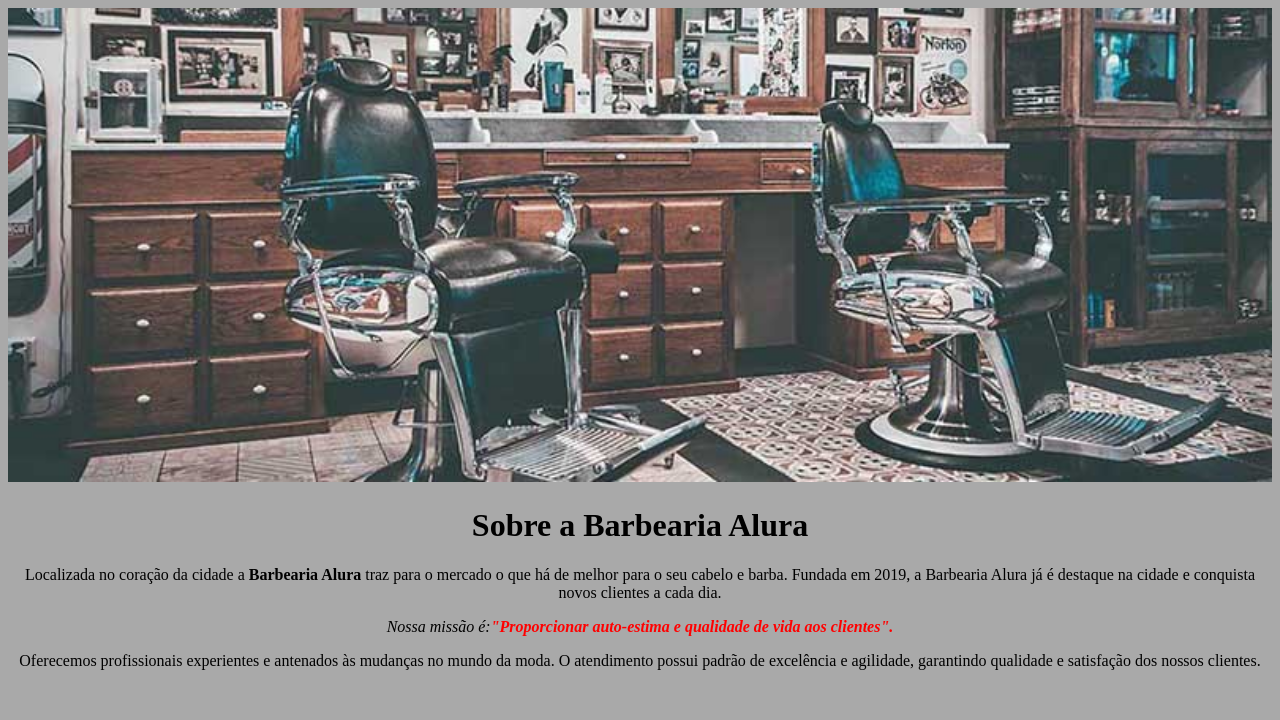
Repository: AnaBerlanda/AulaAlura
Page: index.html
An editor plug-in stored every save of this project. The page is shown before and after the next save, followed by the edit.
The browser window is 1280 px wide. The pictures show the whole page.

Above is the page before, as saved 2022-04-08 10:22:39.

### index.html
<!DOCTYPE html>
<html lang="pt-br">

<head>
    <meta charset="utf-8" />
    <title>Barbearia Alura</title>
    <link type="text/css" rel="stylesheet" href="index.css">
</head>
<body>
    <img id="banner" src="imagem/banner.jpg">
    <h1>Sobre a Barbearia Alura</h1>
    <p>Localizada no coração da cidade a <strong> Barbearia Alura</strong> traz para o mercado o que há de melhor para o seu cabelo e barba.
    Fundada em 2019, a Barbearia Alura já é destaque na cidade e conquista novos clientes a cada dia.</p>
    <p><em>Nossa missão é:<strong>"Proporcionar auto-estima e qualidade de vida aos clientes".</strong></em></p>
    <p>Oferecemos profissionais experientes e antenados às mudanças no mundo da moda.
    O atendimento possui padrão de excelência e agilidade, garantindo qualidade e satisfação dos nossos clientes.</p>
</body>

### index.css
body{
    background-color:darkgray;
}
p{
    text-align: center;
}
em strong{
    color: red;
}
h1{
    text-align: center;
}
#banner{
    width: 100%;
}
.itens{
    font-style: italic;
}

After the next save:
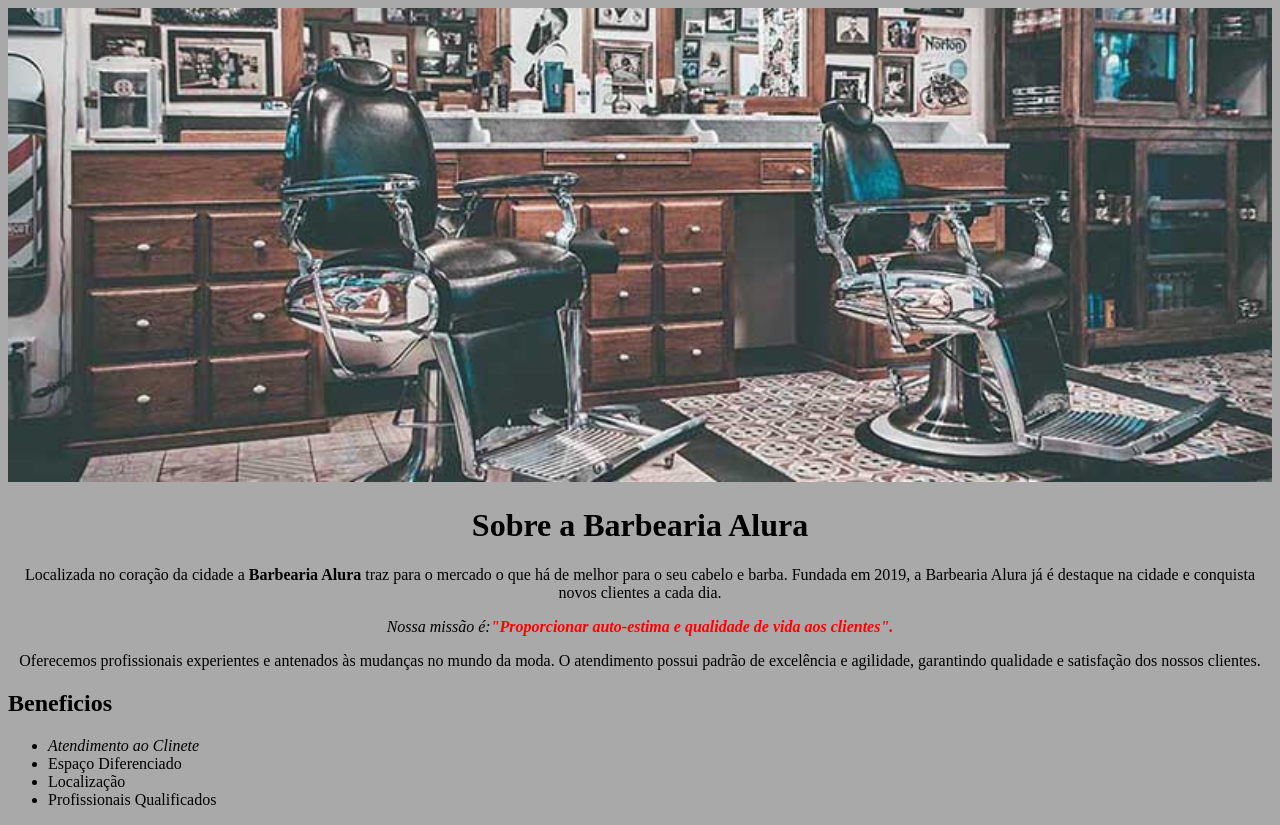
Saved 2 s later.
--- a/index.html
+++ b/index.html
@@ -14,4 +14,25 @@
     <p><em>Nossa missão é:<strong>"Proporcionar auto-estima e qualidade de vida aos clientes".</strong></em></p>
     <p>Oferecemos profissionais experientes e antenados às mudanças no mundo da moda.
     O atendimento possui padrão de excelência e agilidade, garantindo qualidade e satisfação dos nossos clientes.</p>
+    <h2>Beneficios</h2>
+
+    <ul>
+        <li class="itens">Atendimento ao Clinete</li>
+        <li>Espaço Diferenciado</li>
+        <li>Localização</li>
+        <li>Profissionais Qualificados</li>
+    </ul>
+
+
+
+
+
+
+
+
+
+
+
+
+
 </body>
